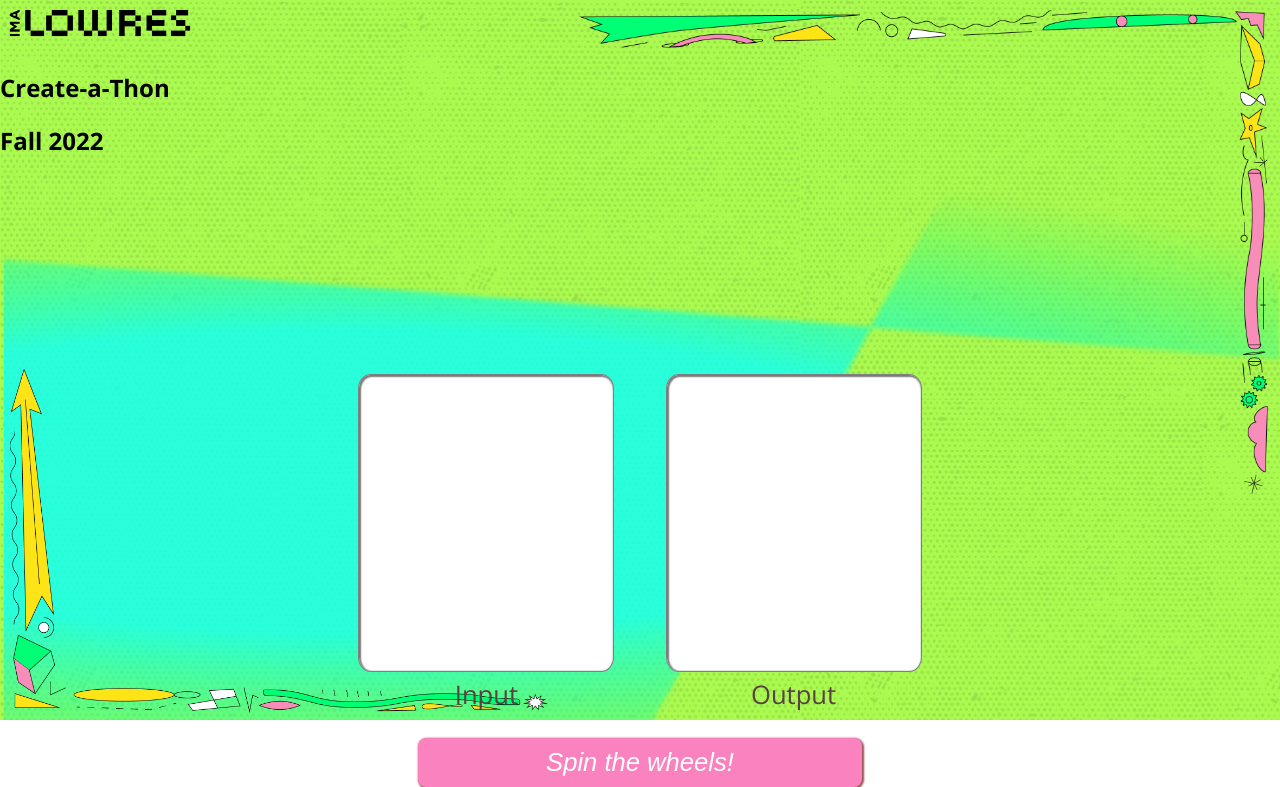
Repository: fakebrianho/IMA-Low-Res-Create-Athon-2022
Page: docs/project-generator/index.html
An editor plug-in stored every save of this project. The page is shown before and after the next save, followed by the edit.
The browser window is 1280 px wide. The pictures show the whole page.

Above is the page before, as saved 2022-10-26 23:25:33.
Not found: docs/project-generator/libraries/p5.dom.js
Not found: docs/project-generator/libraries/p5.js
Not found: docs/project-generator/libraries/p5.sound.js

### docs/project-generator/index.html
<!DOCTYPE html>
<html>

<head>
  <script src="libraries/p5.js"></script>
  <script src="libraries/p5.dom.js"></script>
  <script src="libraries/p5.sound.js"></script>
  <link
    href="https://fonts.googleapis.com/css2?family=Open+Sans:ital,wght@0,300;0,400;0,600;0,700;0,800;1,300;1,400;1,600;1,700;1,800&display=swap"
    rel="stylesheet">
  <link rel="stylesheet" type="text/css" href="style.css">
  <meta charset="utf-8">
  <title>Create-Athon Project Generator</title>
</head>

<body>
  <header>

  </header>

  <section>
    <div id='center-container'>
      <img src="image/lowres_logo_black.png" style="max-width: 200px">
      <h1>Create-a-Thon</h1>
      <h2>Fall 2022</h2>
    </div>
    <div id="wheel-container">

      <div class="prompt" id="input-prompt">
        <div class="changing-segment">
          <div id="inputs">
          </div>
        </div>
        <div class="prompt-label" id="input-label">Input</div>
      </div>

      <div class="prompt" id="output-prompt">
        <div class="changing-segment">
          <div id="outputs">
          </div>
        </div>
        <div class="prompt-label" id="output-label">Output</div>
      </div>

    </div>

    <div id="button-container">
      <button> Spin the wheels! </button>
    </div>

  </section>

  <script src="sketch.js"></script>
  <script src="wheel.js"></script>

</body>

</html>

### docs/project-generator/style.css
html,
body {
	margin: 0;
	padding: 0;
	width: 100%;
	height: 100%;
	box-sizing: border-box;
	font-family: 'Open Sans', sans-serif;
}

section {
	width: 100%;
	height: 100%;
	position: absolute;
	background: url(image/bg_border-top.png), url(image/bg_border-bottom.png),
		url(image/bg_gradient.png), url(image/bg_texture.png), #aafa50;
	background-repeat: no-repeat, no-repeat, no-repeat, repeat;
	background-size: auto 70vh, auto 50vh, 100vw 120vh, 800px auto;
	background-position: right top, left 50vh, left 25vh, 0 0;
}

p {
	position: relative;
	overflow: hidden;
	overflow-x: auto;
}

#wheel-container {
	display: flex;
	justify-content: center;
	margin-top: 15%;
	overflow: hidden;
}

.prompt {
	display: flex;
	flex-direction: column;
	width: 20%;
	padding: 2%;
	text-align: center;
	overflow: hidden;
}

.changing-segment {
	box-shadow: 1px 1px 1.5px 1px #777 inset;
	border-radius: 5%;
	border-style: groove;
	border-color: gray;
	border-width: 1px;
	position: relative;
	overflow: none;
	background-color: #fff;
	color: black;
	height: 17rem;
	padding: 1rem 0 0.5rem 0;
	font-size: 1.2rem;
	line-height: 1.55rem;
}

#inputs,
#outputs {
	padding: 5%;
}

.prompt-label {
	color: #594042;
	margin-top: 0.3rem;
	font-size: 1.6rem;
}

#button-container {
	margin-top: 0%;
	text-align: center;
}

button {
	background: #fa82be;
	/* background: #96c8dc; */
	cursor: pointer;
	box-shadow: 1px 1px 2px 1px rgb(148, 79, 79);
	color: white;
	border-width: 0px;
	border-radius: 0.5rem;
	padding: 0.8% 10% 0.8% 10%;
	font-size: 1.6rem;
	font-weight: 400;
	font-style: italic;
}

### docs/presentation-order/sketch.js
let spinButton;
let data;
let inputWheel, outputWheel;
let clickSound, endSound, gameShow;
let isSpinning = false;
let resourcesAvailable = false;

function preload() {
  data = loadJSON('data/generator.json');
  //sounds are public domain
  clickSound = loadSound('sound/faded_sine.mp3');
  endSound = loadSound('sound/Electronic_Chime-KevanGC-495939803.mp3');
  // maybe not this sound?
  gameShow = loadSound('sound/gameshow_short.mp3');
}

function windowResized(){
  resizeCanvas(windowWidth, windowHeight);
}

function setup() {
  frameRate(60);

  clickSound.setVolume(0.4);
  gameShow.setVolume(0.5);

  inputWheel = new Wheel(
    '#inputs',
    data.input
  );
  outputWheel = new Wheel(
    '#outputs',
    data.output
  );

  spinButton = select('button');
  spinButton.mouseClicked(startSpin);
}

function draw() {

  // workaround, see line 69
  // if (inputWheel.spin) {
  //   // inputWheel.move();
  // }
  if (outputWheel.spin) {
    outputWheel.move();
  }

  if(isSpinning){
    if(inputWheel.difference == 0 && outputWheel.difference == 0){
      endSound.play();
      setTimeout(() => {  gameShow.play(); }, 100);
      isSpinning = false;
    }
  }

}

function startSpin(

  clickEvent,
  targetInput = floor(random(data.input.length)),
  targetOutput = floor(random(data.output.length)),

) {
  isSpinning = true;

  // inputWheel.target = targetInput; // not the target that displays!!
  // inputWheel.spin = true;
  inputWheel.update(targetInput);
  // inputWheel.resetAriaHidden();

  outputWheel.target = targetOutput;
  outputWheel.spin = true;
  outputWheel.resetAriaHidden();

  // console.log(
  //   'make a something where the input is ' +
  //     data.input[targetInput] +
  //     ' and an output is ' +
  //     data.output[targetOutput]
  // );

  // remove data from array here
  console.log(data.input[targetInput]);
  data.input.splice(targetInput, 1);
  console.log(data.input);
}

### docs/project-generator/wheel.js
class Wheel {
    constructor(parentID, data, count = 5, startIndex = 0) {
        this.count = count;
        this.data = data;
        this.numOfCycles = Math.floor(random(2,4));
        this.startIndex = startIndex;
        this.currentIndex = this.startIndex - this.data.length*this.numOfCycles;
        this.parentID = parentID;
        this.elements = [];
        this.position = [];
        this.target = startIndex;
        this.speed = 5;
        this.difference = 0;

        for (let i = 0; i < this.count; i++) {
            this.elements[i] = createP(this.data[(this.startIndex + i - floor(this.count / 2)) % this.data.length]);
            this.elements[i].parent(this.parentID);
            this.elements[i].attribute('aria-hidden', true);
            this.elements[i].style('color', rgbToHex(int(random(120)), int(random(120)), int(random(120))));
            this.position[i] = this.elements[i].position();
            if (i == floor(this.count / 2)) {
                this.elements[i].attribute('aria-hidden', false);
            } else {
                this.elements[i].style('visibility', 'hidden');
            }
        }
        // this feels hacky?
        this.startTop = this.position[0].y;
        this.currTop = parseInt(this.elements[0].style('top'));
        this.distanceBetweenElements = this.position[1].y - this.position[0].y;

        this.spin = false;
    }

    resetAriaHidden() {
        for (let i = 0; i < this.count; i++) {
            this.elements[i].attribute('aria-hidden', true);
            this.elements[i].style('visibility', 'visible');
        }
    }
    move() {
        this.currTop -= this.speed;

        this.difference = int(this.target) - int(this.currentIndex);
        this.speed = 60 * abs((this.difference) % (this.data.length*this.numOfCycles*2)) / (this.data.length*this.numOfCycles*2);

        // console.log(this.data[this.target],this.target, this.currentIndex, this.difference, (this.data.length*this.numOfCycles), this.speed);
        if (this.currTop < -this.distanceBetweenElements / 2) {
            clickSound.play();
            this.currentIndex++;
            this.startIndex = this.currentIndex + this.data.length*this.numOfCycles;
            this.startIndex %= this.data.length;
            this.elements[0].remove();
            this.currTop = 0;
            this.elements.splice(0, 1);
            this.elements.push(createP(this.data[(this.data.length + this.startIndex + floor(this.count / 2)) % this.data.length]));
            this.elements[this.elements.length - 1].parent(this.parentID);
            this.elements[this.elements.length - 1].attribute('aria-hidden', true);
            this.elements[this.elements.length - 1].style('color', rgbToHex(int(random(120)), int(random(120)), int(random(120))));
        }
        for (let i = 0; i < this.elements.length; i++) {
            this.elements[i].style('top', this.currTop + 'px');
        }
          if (this.difference == 0) {
            this.spin = false;
            this.numOfCycles = floor(random(2,5));
            this.currentIndex = this.startIndex - this.data.length*this.numOfCycles;
            for (let i = 0; i < this.elements.length; i++) {
                if (i == floor(this.elements.length / 2)) {
                    this.elements[i].attribute('aria-hidden', false);
                    this.elements[i].addClass('wrap');
                } else {
                    this.elements[i].style('visibility', 'hidden');
                }
            }
        }
    }
}

function componentToHex(c) {
    var hex = c.toString(16);
    return hex.length == 1 ? "0" + hex : hex;
}

function rgbToHex(r, g, b) {
    return "#" + componentToHex(r) + componentToHex(g) + componentToHex(b);
}

After the next save:
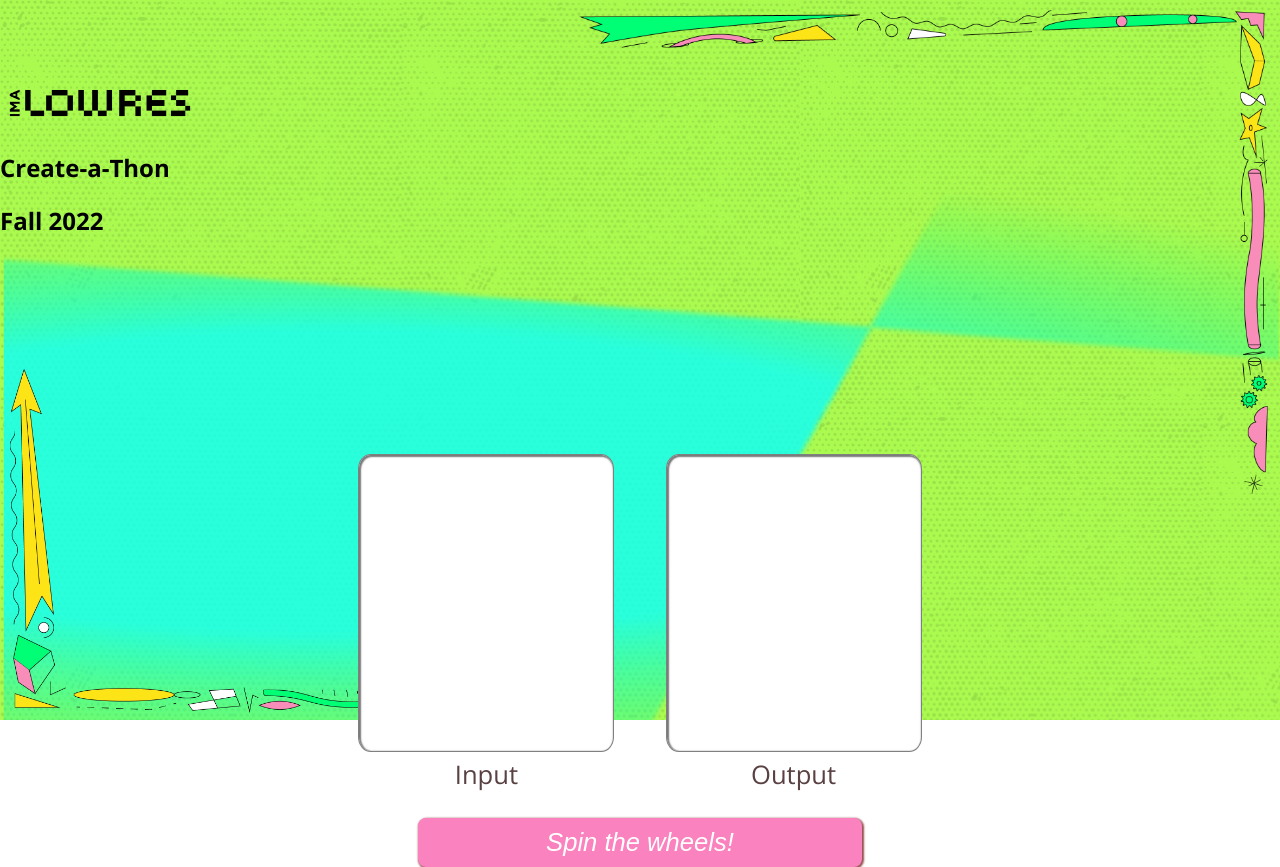
Saved 4 s later.
--- a/docs/project-generator/style.css
+++ b/docs/project-generator/style.css
@@ -17,6 +17,9 @@
 	background-repeat: no-repeat, no-repeat, no-repeat, repeat;
 	background-size: auto 70vh, auto 50vh, 100vw 120vh, 800px auto;
 	background-position: right top, left 50vh, left 25vh, 0 0;
+}
+#center-container {
+	margin-top: 80px;
 }
 
 p {
